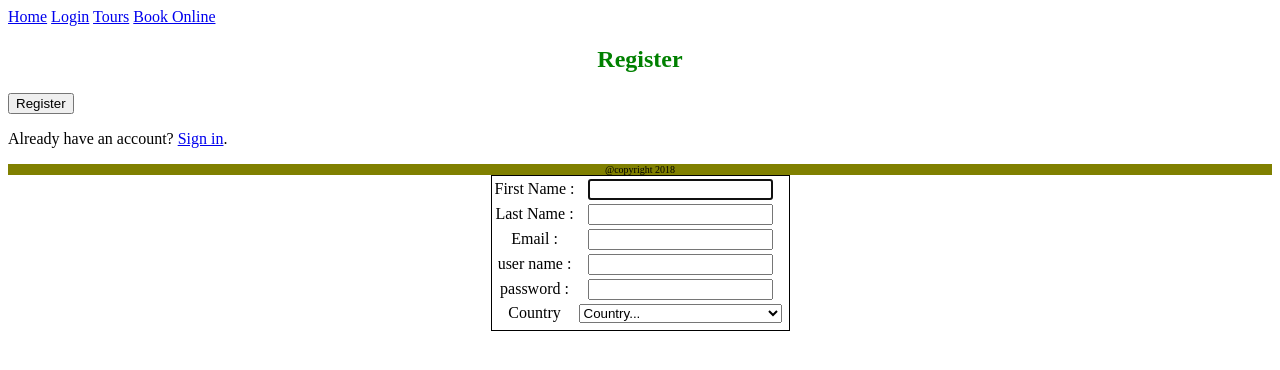
Repository: Rahim89/ANYFT
Page: http://localhost/CaseStudy/WEB-INF/views/registration.jsp
An editor plug-in stored every save of this project. The page is shown before and after the next save, followed by the edit.
The browser window is 1280 px wide. The pictures show the whole page.
The page is served by Tomcat 9. Nobody is signed in. Other server files are loaded and not shown. The template is opened directly, without the code that normally fills it, so the values that code supplies are empty.

Above is the page before, as saved 2018-09-17 19:22:08.

### CaseStudy/WebContent/WEB-INF/views/registration.jsp
<%@ page language="java" contentType="text/html; charset=UTF-8"
    pageEncoding="UTF-8"%>
    <%@taglib uri ="http://www.springframework.org/tags/form" prefix="form"%>
<!DOCTYPE html>
<html>
<head>
<meta charset="UTF-8">
<title>Registration</title>



</head>



<body>
	<div id = "header">
    <%@include file="header.jsp" %>
    </div>

    <form action="User_info" method="POST"  >

	<h2 style="color:green; text-align:center;">Register</h2>
	<table style = "border:1px solid; margin: 0 auto; text-align:center;">
		<tr>
			<td>First Name :</td>
			<td><input type="text" name="firstName" autofocus required/></td>
		</tr>
		<tr>
			<td>Last Name :</td>
			<td><input type="text" name="lastName" required/></td>
		</tr>
		<tr>
			<td>Email :</td>
			<td><input type="email" name="email" required/></td>
		</tr>
		<tr>
			<td>user name :</td>
			<td><input type="text" name="userName" required/></td>
			<td><span style="text-align:center; color:red;">${userNameError}</span></td>
		</tr>
		<tr>
			<td>password :</td>
			<td><input type="password" name="password" required/></td>
		</tr>
		<tr>


    <td>Country</td>
    <td><select name="country" required>
		<option value="">Country...</option>
		<option value="Afganistan">Afghanistan</option>
		<option value="Albania">Albania</option>
		<option value="Algeria">Algeria</option>
		<option value="American Samoa">American Samoa</option>
		<option value="Andorra">Andorra</option>
		<option value="Angola">Angola</option>
		<option value="Anguilla">Anguilla</option>
		<option value="Antigua &amp; Barbuda">Antigua &amp; Barbuda</option>
		<option value="Argentina">Argentina</option>
		<option value="Armenia">Armenia</option>
		<option value="Aruba">Aruba</option>
		<option value="Australia">Australia</option>
		<option value="Austria">Austria</option>
		<option value="Azerbaijan">Azerbaijan</option>
		<option value="Bahamas">Bahamas</option>
		<option value="Bahrain">Bahrain</option>
		<option value="Bangladesh">Bangladesh</option>
		<option value="Barbados">Barbados</option>
		<option value="Belarus">Belarus</option>
		<option value="Belgium">Belgium</option>
		<option value="Belize">Belize</option>
		<option value="Benin">Benin</option>
		<option value="Bermuda">Bermuda</option>
		<option value="Bhutan">Bhutan</option>
		<option value="Bolivia">Bolivia</option>
		<option value="Bonaire">Bonaire</option>
		<option value="Bosnia &amp; Herzegovina">Bosnia &amp; Herzegovina</option>
		<option value="Botswana">Botswana</option>
		<option value="Brazil">Brazil</option>
		<option value="British Indian Ocean Ter">British Indian Ocean Ter</option>
		<option value="Brunei">Brunei</option>
		<option value="Bulgaria">Bulgaria</option>
		<option value="Burkina Faso">Burkina Faso</option>
		<option value="Burundi">Burundi</option>
		<option value="Cambodia">Cambodia</option>
		<option value="Cameroon">Cameroon</option>
		<option value="Canada">Canada</option>
		<option value="Canary Islands">Canary Islands</option>
		<option value="Cape Verde">Cape Verde</option>
		<option value="Cayman Islands">Cayman Islands</option>
		<option value="Central African Republic">Central African Republic</option>
		<option value="Chad">Chad</option>
		<option value="Channel Islands">Channel Islands</option>
		<option value="Chile">Chile</option>
		<option value="China">China</option>
		<option value="Christmas Island">Christmas Island</option>
		<option value="Cocos Island">Cocos Island</option>
		<option value="Colombia">Colombia</option>
		<option value="Comoros">Comoros</option>
		<option value="Congo">Congo</option>
		<option value="Cook Islands">Cook Islands</option>
		<option value="Costa Rica">Costa Rica</option>
		<option value="Cote DIvoire">Cote D'Ivoire</option>
		<option value="Croatia">Croatia</option>
		<option value="Cuba">Cuba</option>
		<option value="Curaco">Curacao</option>
		<option value="Cyprus">Cyprus</option>
		<option value="Czech Republic">Czech Republic</option>
		<option value="Denmark">Denmark</option>
		<option value="Djibouti">Djibouti</option>
		<option value="Dominica">Dominica</option>
		<option value="Dominican Republic">Dominican Republic</option>
		<option value="East Timor">East Timor</option>
		<option value="Ecuador">Ecuador</option>
		<option value="Egypt">Egypt</option>
		<option value="El Salvador">El Salvador</option>
		<option value="Equatorial Guinea">Equatorial Guinea</option>
		<option value="Eritrea">Eritrea</option>
		<option value="Estonia">Estonia</option>
		<option value="Ethiopia">Ethiopia</option>
		<option value="Falkland Islands">Falkland Islands</option>
		<option value="Faroe Islands">Faroe Islands</option>
		<option value="Fiji">Fiji</option>
		<option value="Finland">Finland</option>
		<option value="France">France</option>
		<option value="French Guiana">French Guiana</option>
		<option value="French Polynesia">French Polynesia</option>
		<option value="French Southern Ter">French Southern Ter</option>
		<option value="Gabon">Gabon</option>
		<option value="Gambia">Gambia</option>
		<option value="Georgia">Georgia</option>
		<option value="Germany">Germany</option>
		<option value="Ghana">Ghana</option>
		<option value="Gibraltar">Gibraltar</option>
		<option value="Great Britain">Great Britain</option>
		<option value="Greece">Greece</option>
		<option value="Greenland">Greenland</option>
		<option value="Grenada">Grenada</option>
		<option value="Guadeloupe">Guadeloupe</option>
		<option value="Guam">Guam</option>
		<option value="Guatemala">Guatemala</option>
		<option value="Guinea">Guinea</option>
		<option value="Guyana">Guyana</option>
		<option value="Haiti">Haiti</option>
		<option value="Hawaii">Hawaii</option>
		<option value="Honduras">Honduras</option>
		<option value="Hong Kong">Hong Kong</option>
		<option value="Hungary">Hungary</option>
		<option value="Iceland">Iceland</option>
		<option value="India">India</option>
		<option value="Indonesia">Indonesia</option>
		<option value="Iran">Iran</option>
		<option value="Iraq">Iraq</option>
		<option value="Ireland">Ireland</option>
		<option value="Isle of Man">Isle of Man</option>
		<option value="Israel">Israel</option>
		<option value="Italy">Italy</option>
		<option value="Jamaica">Jamaica</option>
		<option value="Japan">Japan</option>
		<option value="Jordan">Jordan</option>
		<option value="Kazakhstan">Kazakhstan</option>
		<option value="Kenya">Kenya</option>
		<option value="Kiribati">Kiribati</option>
		<option value="Korea North">Korea North</option>
		<option value="Korea Sout">Korea South</option>
		<option value="Kuwait">Kuwait</option>
		<option value="Kyrgyzstan">Kyrgyzstan</option>
		<option value="Laos">Laos</option>
		<option value="Latvia">Latvia</option>
		<option value="Lebanon">Lebanon</option>
		<option value="Lesotho">Lesotho</option>
		<option value="Liberia">Liberia</option>
		<option value="Libya">Libya</option>
		<option value="Liechtenstein">Liechtenstein</option>
		<option value="Lithuania">Lithuania</option>
		<option value="Luxembourg">Luxembourg</option>
		<option value="Macau">Macau</option>
		<option value="Macedonia">Macedonia</option>
		<option value="Madagascar">Madagascar</option>
		<option value="Malaysia">Malaysia</option>
		<option value="Malawi">Malawi</option>
		<option value="Maldives">Maldives</option>
		<option value="Mali">Mali</option>
		<option value="Malta">Malta</option>
		<option value="Marshall Islands">Marshall Islands</option>
		<option value="Martinique">Martinique</option>
		<option value="Mauritania">Mauritania</option>
		<option value="Mauritius">Mauritius</option>
		<option value="Mayotte">Mayotte</option>
		<option value="Mexico">Mexico</option>
		<option value="Midway Islands">Midway Islands</option>
		<option value="Moldova">Moldova</option>
		<option value="Monaco">Monaco</option>
		<option value="Mongolia">Mongolia</option>
		<option value="Montserrat">Montserrat</option>
		<option value="Morocco">Morocco</option>
		<option value="Mozambique">Mozambique</option>
		<option value="Myanmar">Myanmar</option>
		<option value="Nambia">Nambia</option>
		<option value="Nauru">Nauru</option>
		<option value="Nepal">Nepal</option>
		<option value="Netherland Antilles">Netherland Antilles</option>
		<option value="Netherlands">Netherlands (Holland, Europe)</option>
		<option value="Nevis">Nevis</option>
		<option value="New Caledonia">New Caledonia</option>
		<option value="New Zealand">New Zealand</option>
		<option value="Nicaragua">Nicaragua</option>
		<option value="Niger">Niger</option>
		<option value="Nigeria">Nigeria</option>
		<option value="Niue">Niue</option>
		<option value="Norfolk Island">Norfolk Island</option>
		<option value="Norway">Norway</option>
		<option value="Oman">Oman</option>
		<option value="Pakistan">Pakistan</option>
		<option value="Palau Island">Palau Island</option>
		<option value="Palestine">Palestine</option>
		<option value="Panama">Panama</option>
		<option value="Papua New Guinea">Papua New Guinea</option>
		<option value="Paraguay">Paraguay</option>
		<option value="Peru">Peru</option>
		<option value="Phillipines">Philippines</option>
		<option value="Pitcairn Island">Pitcairn Island</option>
		<option value="Poland">Poland</option>
		<option value="Portugal">Portugal</option>
		<option value="Puerto Rico">Puerto Rico</option>
		<option value="Qatar">Qatar</option>
		<option value="Republic of Montenegro">Republic of Montenegro</option>
		<option value="Republic of Serbia">Republic of Serbia</option>
		<option value="Reunion">Reunion</option>
		<option value="Romania">Romania</option>
		<option value="Russia">Russia</option>
		<option value="Rwanda">Rwanda</option>
		<option value="St Barthelemy">St Barthelemy</option>
		<option value="St Eustatius">St Eustatius</option>
		<option value="St Helena">St Helena</option>
		<option value="St Kitts-Nevis">St Kitts-Nevis</option>
		<option value="St Lucia">St Lucia</option>
		<option value="St Maarten">St Maarten</option>
		<option value="St Pierre &amp; Miquelon">St Pierre &amp; Miquelon</option>
		<option value="St Vincent &amp; Grenadines">St Vincent &amp; Grenadines</option>
		<option value="Saipan">Saipan</option>
		<option value="Samoa">Samoa</option>
		<option value="Samoa American">Samoa American</option>
		<option value="San Marino">San Marino</option>
		<option value="Sao Tome &amp; Principe">Sao Tome &amp; Principe</option>
		<option value="Saudi Arabia">Saudi Arabia</option>
		<option value="Senegal">Senegal</option>
		<option value="Serbia">Serbia</option>
		<option value="Seychelles">Seychelles</option>
		<option value="Sierra Leone">Sierra Leone</option>
		<option value="Singapore">Singapore</option>
		<option value="Slovakia">Slovakia</option>
		<option value="Slovenia">Slovenia</option>
		<option value="Solomon Islands">Solomon Islands</option>
		<option value="Somalia">Somalia</option>
		<option value="South Africa">South Africa</option>
		<option value="Spain">Spain</option>
		<option value="Sri Lanka">Sri Lanka</option>
		<option value="Sudan">Sudan</option>
		<option value="Suriname">Suriname</option>
		<option value="Swaziland">Swaziland</option>
		<option value="Sweden">Sweden</option>
		<option value="Switzerland">Switzerland</option>
		<option value="Syria">Syria</option>
		<option value="Tahiti">Tahiti</option>
		<option value="Taiwan">Taiwan</option>
		<option value="Tajikistan">Tajikistan</option>
		<option value="Tanzania">Tanzania</option>
		<option value="Thailand">Thailand</option>
		<option value="Togo">Togo</option>
		<option value="Tokelau">Tokelau</option>
		<option value="Tonga">Tonga</option>
		<option value="Trinidad &amp; Tobago">Trinidad &amp; Tobago</option>
		<option value="Tunisia">Tunisia</option>
		<option value="Turkey">Turkey</option>
		<option value="Turkmenistan">Turkmenistan</option>
		<option value="Turks &amp; Caicos Is">Turks &amp; Caicos Is</option>
		<option value="Tuvalu">Tuvalu</option>
		<option value="Uganda">Uganda</option>
		<option value="Ukraine">Ukraine</option>
		<option value="United Arab Erimates">United Arab Emirates</option>
		<option value="United Kingdom">United Kingdom</option>
		<option value="United States of America">United States of America</option>
		<option value="Uraguay">Uruguay</option>
		<option value="Uzbekistan">Uzbekistan</option>
		<option value="Vanuatu">Vanuatu</option>
		<option value="Vatican City State">Vatican City State</option>
		<option value="Venezuela">Venezuela</option>
		<option value="Vietnam">Vietnam</option>
		<option value="Virgin Islands (Brit)">Virgin Islands (Brit)</option>
		<option value="Virgin Islands (USA)">Virgin Islands (USA)</option>
		<option value="Wake Island">Wake Island</option>
		<option value="Wallis &amp; Futana Is">Wallis &amp; Futana Is</option>
		<option value="Yemen">Yemen</option>
		<option value="Zaire">Zaire</option>
		<option value="Zambia">Zambia</option>
		<option value="Zimbabwe">Zimbabwe</option>
	</select>
	</td>
	</tr>

    <tr>
    <button type="submit" class="registerbtn">Register</button>
  	</tr>


    <tr>
   		 <p>Already have an account? <a href="login">Sign in</a>.</p>
  	</tr>


</form>

	<div>
		<%@include file="footer.jsp" %>
    </div>
</body>




</html>

### CaseStudy/WebContent/WEB-INF/views/header.jsp
<%@ page language="java" contentType="text/html; charset=UTF-8"
    pageEncoding="UTF-8"%>
<!DOCTYPE html>
<html>
<head>
<meta charset="UTF-8">
<title>Insert title here</title>
</head>

<body>

<nav class="topnav" id="myTopnav">
  <a href="home" class="active">Home</a>
  <a href="login">Login</a>
  <a href="tourpackage">Tours</a>
  <a href="booking">Book Online</a>

</nav>


</body>
</html>

### CaseStudy/WebContent/WEB-INF/views/footer.jsp
<%@ page language="java" contentType="text/html; charset=UTF-8"
    pageEncoding="UTF-8"%>
<!DOCTYPE html>
<html>
<head>
<meta charset="UTF-8">
<title>Footer</title>
</head>
<body>
	<div  style="background-color: Olive;text-align: center;font-size: 10px;height: 5%;"> @copyright 2018</div>
</body>
</html>

After the next save:
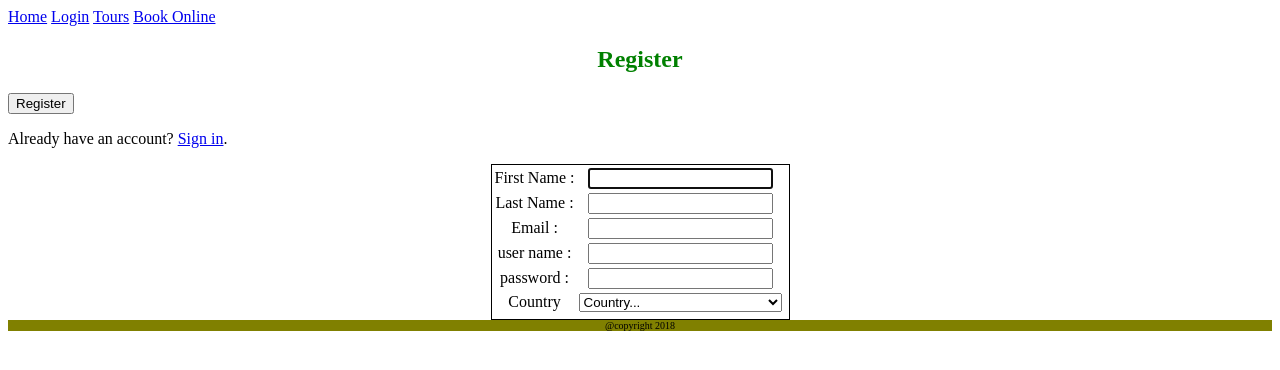
Saved 13 s later.
--- a/CaseStudy/WebContent/WEB-INF/views/registration.jsp
+++ b/CaseStudy/WebContent/WEB-INF/views/registration.jsp
@@ -309,7 +309,7 @@
    		 <p>Already have an account? <a href="login">Sign in</a>.</p>
   	</tr>
 
-
+  </table>
 </form>
 
 	<div>
